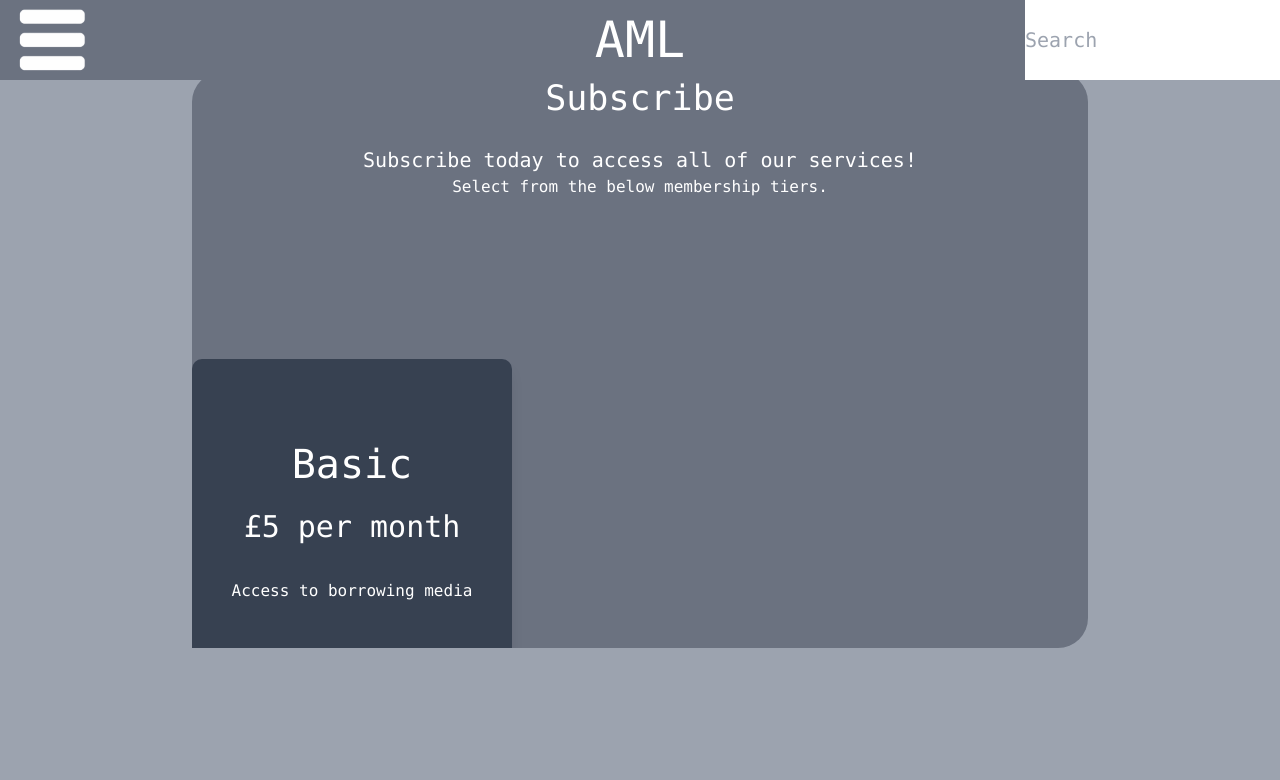
Repository: DuyKhanhDo/AML-Concept
Page: http://localhost/subscribe
An editor plug-in stored every save of this project. The page is shown before and after the next save, followed by the edit.
The browser window is 1280 px wide. The pictures show the whole page.
Some web libraries are served in a nearby version. The page is served by the project's Laravel application, run on PHP 8.4 with Laravel 12. A made-up administrator, Test User (test@example.com), is signed in. Other server files are loaded and not shown.

Above is the page before, as saved 2024-11-11 13:02:58.

### routes/web.php
<?php

use App\Http\Controllers\RegisterController;
use App\Http\Controllers\LogInController;
use App\Http\Controllers\ProfileController;
use App\Http\Controllers\SubscriptionController;
use Illuminate\Support\Facades\Route;
use Illuminate\Support\Facades\Auth;

Auth::routes();

Route::get('/', function () {
    return view('catalogue');
});

Route::get('/login', [LogInController::class, 'LogInView'])->name('login');
Route::post('/submit-login', [LogInController::class, 'Submit'])->name('submit.login');

Route::get('/register', [RegisterController::class, 'RegisterView'])->name('register');
Route::post('/submit-register', [RegisterController::class, 'Submit'])->name('submit.register');

Route::get('/subscribe', [SubscriptionController::class, 'SubscribeView'])->name('subscribe');

Route::post('/logout', function(){
    Auth::logout();
    return redirect()->back();
})->name('logout');

### app/Models/User.php
<?php

namespace App\Models;

use Illuminate\Auth\Middleware\Authenticate;
use Illuminate\Database\Eloquent\Model;
use Illuminate\Foundation\Auth\User as Authenticatable;
use Illuminate\Notifications\Notifiable;

class User extends Authenticatable
{
    use Notifiable;
    public $timestamps = false;

    protected $table = 'Users';

    protected $fillable = ['name', 'email', 'password', 'dob'];
};

### app/Http/Controllers/SubscriptionController.php
<?php

namespace App\Http\Controllers;

use Illuminate\Http\Request;

class SubscriptionController extends Controller
{
    public function __construct()
    {
        $this->middleware('auth');
    }

    public function SubscribeView()
    {
        return view('subscribe');
    }
}

### resources/views/subscribe.blade.php
<x-base>
    <x-slot:content>
        <main class="flex justify-center items-center h-screen">
            <div class="absolute top-[5vh] bg-gray-500 w-[70vw] h-[80vh] mt-[5vh] rounded-[30px] flex items-center flex-col">
                <h1 class="text-[35px]">Subscribe</h1>
                <h3 class="text-[20px] mt-[20px]">Subscribe today to access all of our services!</h3>
                <h5>Select from the below membership tiers.</h5>
                <div class="flex overflow-x-auto w-full space-x-4">
                    <x-subscription-tier tier='Basic' price='£5' benefits='Access to borrowing media'></x-subscription-tier>
                </div>
            </div>
        </main>
    </x-slot>
</x-base>

### resources/views/components/subscription-tier.blade.php
<button class="bg-gray-700 rounded-[10px] w-[20rem] h-[20rem] shadow-lg mt-[10rem]">
    <h2 class="text-[40px] mb-[10px]">{{ $tier }}</h2>
    <h2 class="text-[30px] mb-[30px]">{{ $price }} per month</h2>
    <h3>{{ $benefits }}</h3>
</button>

### resources/views/components/base.blade.php
<!DOCTYPE html>
<html lang="en">
<head>
    <meta charset="UTF-8">
    <meta name="viewport" content="width=device-width, initial-scale=1.0">
    <title>AML</title>
    <script src="https://cdn.tailwindcss.com"></script>
</head>
<body class="bg-gray-400 font-mono">
    <x-navigation-bar></x-navigation-bar>
    <main class="mt-[5vh] text-white text-center">
        {{ $content }}
    </main>
</body>
</html>

### resources/views/components/navigation-bar.blade.php
<div class="fixed left-0 top-0 w-full h-[5rem] flex items-center justify-center bg-gray-500 m-0 p-0 box-border font-mono z-50">
    <button id="toggle-sidebar" class="absolute left-0 ml-[10px] h-full"><img class="h-full" draggable="false" src="{{ asset('assets/sidebar-img.png') }}" alt=""></button>
    <h1 class="text-[50px] text-white">AML</h1>
    <input type="text" class="absolute right-0 ml-[10px] h-full radius-[20px] text-[20px]" placeholder="Search">
</div>
<div id="sidebar" class="fixed left-0 top-[5rem] bg-gray-500 w-[20rem] h-[95vh] flex flex-col opacity-0 z-50 transition-opacity duraction-900">
    <ul class="text-center text-white w-full flex items-center">
        <x-side-bar-btn :csrf=false method="GET" route="/" name="Catalogue"></x-side-bar-btn>
    </ul>
    <ul class="absolute bottom-0 flex flex-col text-center text-white w-full flex items-center">
        @if (Auth::check())
            <x-side-bar-btn :csrf=true method="POST" route="{{ route('logout') }}" name="Sign out"></x-side-bar-btn>
        @else
            <x-side-bar-btn :csrf=false method="GET" route="{{ route('login') }}" name="Log in"></x-side-bar-btn>
            <x-side-bar-btn :csrf=false method="GET" route="{{ route('register') }}" name="Register"></x-side-bar-btn>
        @endif
    </ul>
</div>

<script>
    const button = document.getElementById('toggle-sidebar')
    const sidebar = document.getElementById('sidebar')

    button.addEventListener('click',function(){
        sidebar.classList.toggle('opacity-0');
        sidebar.classList.toggle('opacity-100');
    })
</script>

### resources/views/components/side-bar-btn.blade.php
<form class="w-full" method="{{ $method }}" action='{{ $route }}'>
    @if ($csrf == true)
        @csrf
    @endif

    <li class="mx-auto bg-gray-700 w-full h-[5rem] mb-[10px] flex items-center justify-center">
        <button type="submit" class="font-mono text-[30px] w-full">
            {{ $name }}
        </button>
    </li>
</form>

Loaded but not shown: app/Http/Controllers/Auth/ConfirmPasswordController.php (common file); app/Http/Controllers/Controller.php (common file)

After the next save:
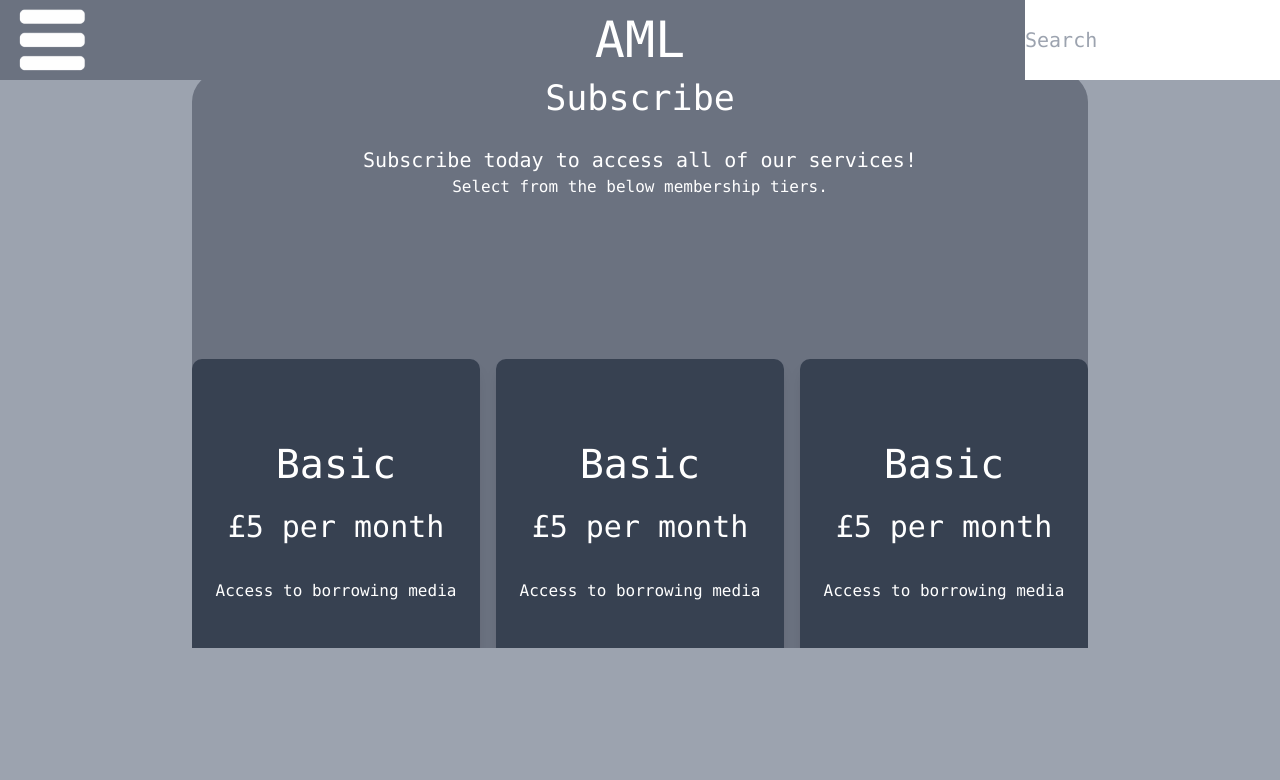
Saved 4 s later.
--- a/resources/views/subscribe.blade.php
+++ b/resources/views/subscribe.blade.php
@@ -7,6 +7,8 @@
                 <h5>Select from the below membership tiers.</h5>
                 <div class="flex overflow-x-auto w-full space-x-4">
                     <x-subscription-tier tier='Basic' price='£5' benefits='Access to borrowing media'></x-subscription-tier>
+                    <x-subscription-tier tier='Basic' price='£5' benefits='Access to borrowing media'></x-subscription-tier>
+                    <x-subscription-tier tier='Basic' price='£5' benefits='Access to borrowing media'></x-subscription-tier>
                 </div>
             </div>
         </main>
